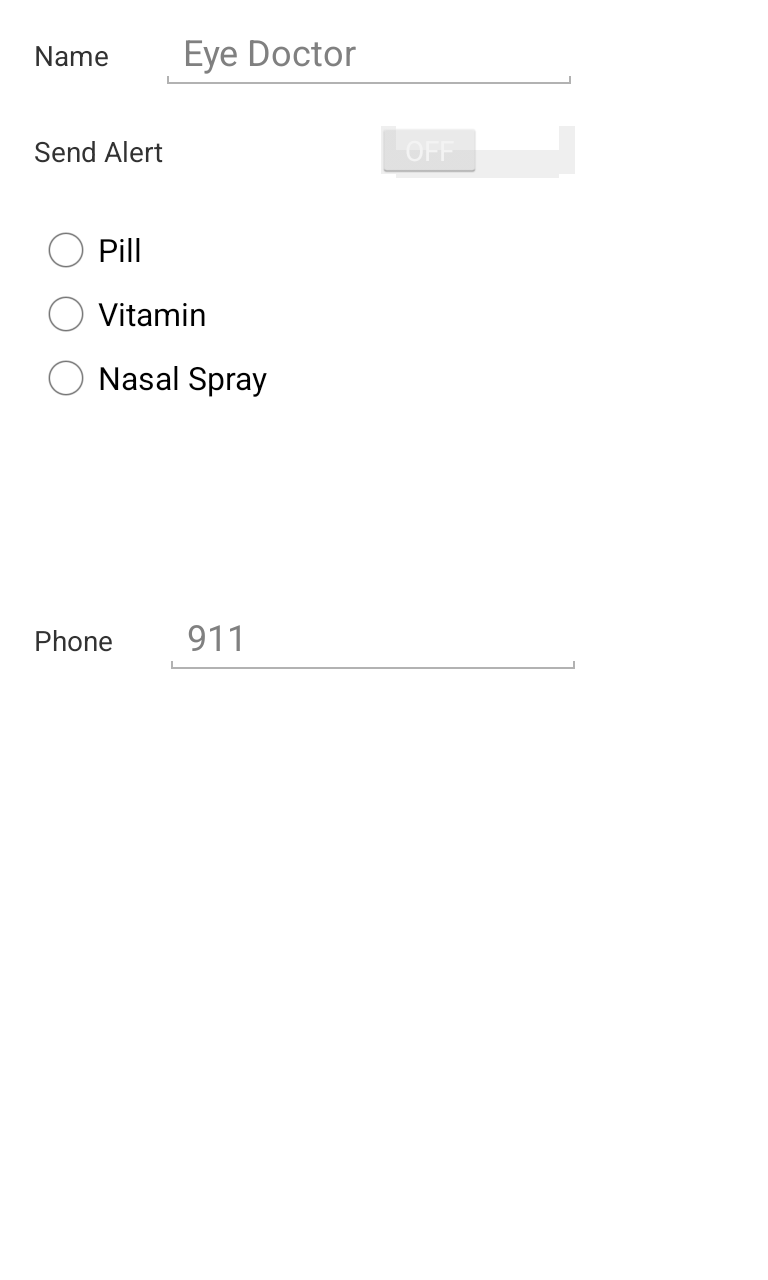
Repository: ranika/pilltracker
Layout: PillTracker/res/layout/fragment_doctor_edit.xml
An editor plug-in stored every save of this project. The layout is shown before and after the next save, followed by the edit.
It is drawn on a 768 x 1280 px phone screen (xhdpi) without system bars, with theme AppTheme; the app's code is not run.

Above is the layout before, as saved 2014-04-10 05:51:55.

After the next save:
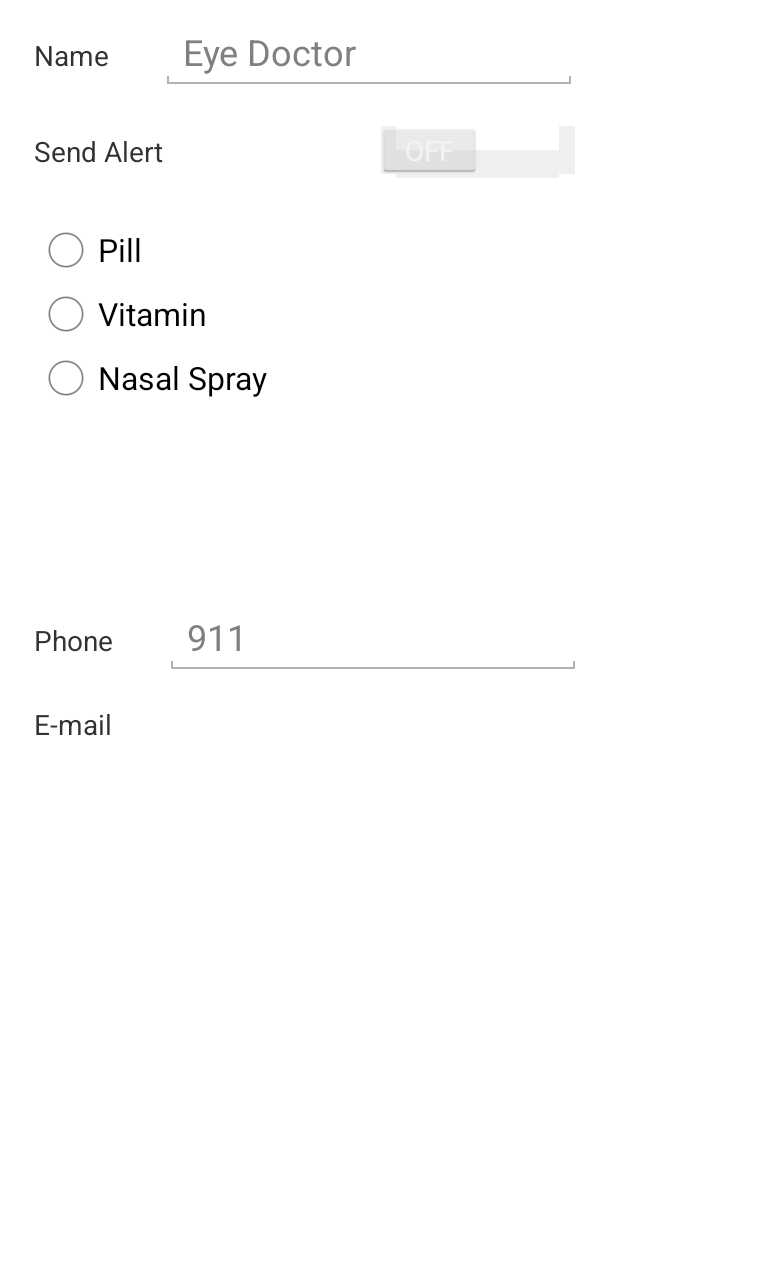
Saved 32 s later.
--- a/PillTracker/res/layout/fragment_doctor_edit.xml
+++ b/PillTracker/res/layout/fragment_doctor_edit.xml
@@ -86,5 +86,13 @@
         android:ems="10" >
     </EditText>
 
+    <TextView
+        android:id="@+id/textView4"
+        android:layout_width="wrap_content"
+        android:layout_height="wrap_content"
+        android:layout_alignLeft="@+id/textView3"
+        android:layout_below="@+id/editText2"
+        android:layout_marginTop="14dp"
+        android:text="@string/email" />
 
 </RelativeLayout>

After the save that followed:
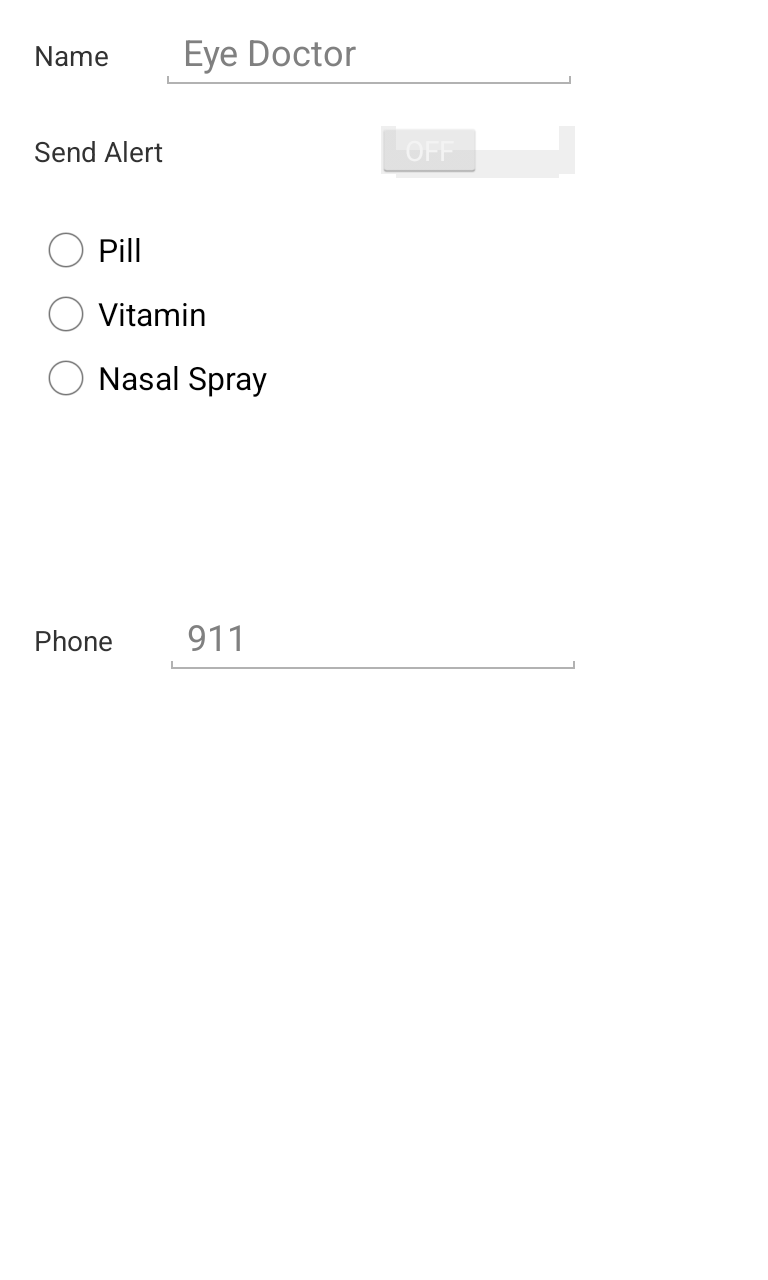
Saved 47 s later.
--- a/PillTracker/res/layout/fragment_doctor_edit.xml
+++ b/PillTracker/res/layout/fragment_doctor_edit.xml
@@ -86,13 +86,5 @@
         android:ems="10" >
     </EditText>
 
-    <TextView
-        android:id="@+id/textView4"
-        android:layout_width="wrap_content"
-        android:layout_height="wrap_content"
-        android:layout_alignLeft="@+id/textView3"
-        android:layout_below="@+id/editText2"
-        android:layout_marginTop="14dp"
-        android:text="@string/email" />
 
 </RelativeLayout>
